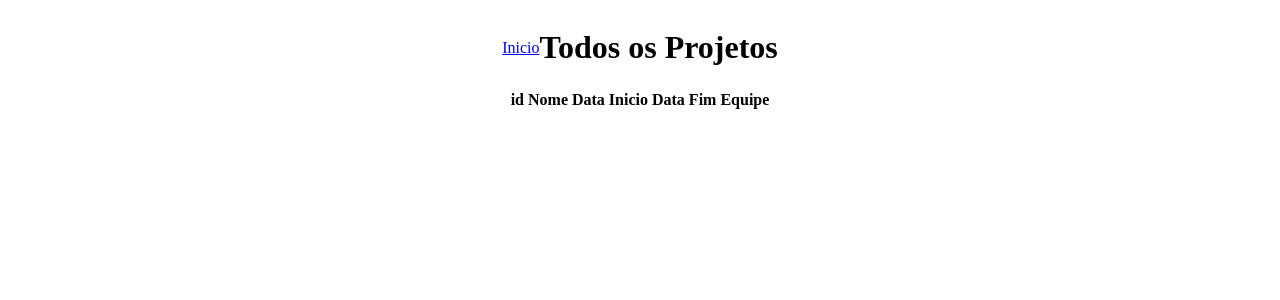
Repository: OmagnetFirel/basico-javaweb
Page: http://localhost/DEVManager/ListarTodosProjetos?np=/read/listarProjetos.jsp
An editor plug-in stored every save of this project. The page is shown before and after the next save, followed by the edit.
The browser window is 1280 px wide. The pictures show the whole page.
The page is served by Tomcat 9. Other server files are loaded and not shown. Queries for data that is not in the repository find no rows.

Above is the page before, as saved 2023-04-23 17:58:58.

### DEVManager/src/main/webapp/read/listarProjetos.jsp
<%@ page language="java" contentType="text/html; charset=ISO-8859-1"
    pageEncoding="ISO-8859-1"%>
    <%@ taglib uri="http://java.sun.com/jsp/jstl/core" prefix="c" %>
<!DOCTYPE html>
<html>
<head>
<meta charset="ISO-8859-1">
<title>DM - Todos os projetos</title>
</head>
<body  style="display:flex; justify-content:center; align-items:center; flex-direction:column;">
	<div style="display:flex; justify-content:center; align-items:center;">
		<a href="/index.html">Inicio</a>
		<h1>Todos os Projetos</h1>
	</div>

	<table style="flex:1">
		<tr>
			<th>id</th>
			<th>Nome</th>
			<th>Data Inicio</th>
			<th>Data Fim</th>
			<th>Equipe</th>
		</tr>

		<c:forEach var="projeto" items="${projetos}">
			<tr>
				<td>
					${projeto.id}
				</td>
				<td>
					${projeto.nome}
				</td>
				<td>
					${projeto.dataInicio}
				</td>
				<td>
					${projeto.dataFim}
				</td>
				<td>
					${projeto.equipe.nome}
				</td>
			</tr>
		</c:forEach>


	</table>
</body>
</html>

### DEVManager/src/main/java/br/devmanager/controller/ListarTodosProjetos.java
package br.devmanager.controller;

import java.io.IOException;
import java.sql.SQLException;
import java.util.List;

import javax.servlet.RequestDispatcher;
import javax.servlet.ServletException;
import javax.servlet.annotation.WebServlet;
import javax.servlet.http.HttpServlet;
import javax.servlet.http.HttpServletRequest;
import javax.servlet.http.HttpServletResponse;

import br.devmanager.dao.ProjetoDao;
import br.devmanager.model.Projeto;


@WebServlet("/ListarTodosProjetos")
public class ListarTodosProjetos extends HttpServlet {
	private static final long serialVersionUID = 1L;

    public ListarTodosProjetos() {
        super();
    }


	protected void doGet(HttpServletRequest request, HttpServletResponse response) throws ServletException, IOException {
		ProjetoDao pjDAO = new ProjetoDao();
		List<Projeto> projetos = null;
		try {
			projetos = pjDAO.buscarTodos();
		} catch (SQLException e) {
			e.printStackTrace();
		}

		String np = request.getParameter("np");
		request.setAttribute("projetos", projetos);
		RequestDispatcher rd = request.getRequestDispatcher(np);
		rd.forward(request, response);
	}


	protected void doPost(HttpServletRequest request, HttpServletResponse response) throws ServletException, IOException {
		doGet(request, response);
	}

}

### DEVManager/src/main/java/br/devmanager/dao/ProjetoDao.java
package br.devmanager.dao;
import java.util.List;
import java.util.ArrayList;
import java.sql.Connection;
import java.sql.PreparedStatement;
import java.sql.ResultSet;
import java.sql.SQLException;

import br.devmanager.model.Projeto;

public class ProjetoDao {
	private Connection con = null;

	public ProjetoDao() {
		con = ConnectionFactory.getConnection();
	}

	public void adicionar(Projeto projeto) throws SQLException {
		String sql = "insert into projeto(nome, data_inicio, data_fim, equipe_id) values (?,?,?,?)";
		PreparedStatement stmt = con.prepareStatement(sql);

		java.sql.Date data_inicio_Convertida = null;
		try {
			data_inicio_Convertida = new java.sql.Date(projeto.getDataInicio().getTime());
		}catch (Exception e) {
			// TODO: handle exception
		}

		java.sql.Date data_fim_Convertida = null;
		try {
			data_fim_Convertida = new java.sql.Date(projeto.getDataFim().getTime());
		}catch (Exception e) {
			// TODO: handle exception
		}
		stmt.setString(1, projeto.getNome());
		stmt.setDate(2, data_inicio_Convertida);
		stmt.setDate(3, data_fim_Convertida);
		stmt.setInt(4, projeto.getEquipe().getId());

		stmt.execute();
		stmt.close();
		con.close();
	}

	public Projeto buscarUm(int id) throws SQLException{

		String sql = "select id, nome, data_inicio, data_fim, equipe_id from projeto where id=?";
		PreparedStatement stmt = con.prepareStatement(sql);
		stmt.setInt(1, id);
		ResultSet rs = stmt.executeQuery();

		Projeto projeto = null;

		if(rs.next()) {
			try {
				EquipeDao equipeDao = new EquipeDao();


				projeto = new Projeto(
						rs.getInt("id"),
						rs.getString("nome"),
						rs.getDate("data_inicio"),
						rs.getDate("data_fim"),
						equipeDao.buscarUm(rs.getInt("equipeId"))
						);
			}catch (Exception e) {
				System.out.println("Error: " + e);
			}
		} else {
			System.out.println("Não foi encontrado nem um proje com o id: " + id);
		}
		stmt.close();
		con.close();

		return projeto;

	}

	public List<Projeto> buscarTodos() throws SQLException {
		String sql = "select id, nome, data_inicio, data_fim, equipe_id from projeto";
		PreparedStatement stmt = con.prepareStatement(sql);
		ResultSet rs = stmt.executeQuery();

		List<Projeto> projetos = new ArrayList<Projeto>();
		while(rs.next()) {
			EquipeDao equipeDao = new EquipeDao();

			Projeto projeto = new Projeto(
					rs.getInt("id"),
					rs.getString("nome"),
					rs.getDate("data_inicio"),
					rs.getDate("data_fim"),
					equipeDao.buscarUm(rs.getInt("equipe_id"))
					);

			projetos.add(projeto);
		}

		return projetos;
	}
}

### DEVManager/src/main/java/br/devmanager/dao/ConnectionFactory.java
package br.devmanager.dao;

import java.sql.Connection;
import java.sql.DriverManager;
import java.sql.SQLException;

public class ConnectionFactory {

	public static Connection getConnection() {

		try {
			Class.forName("com.mysql.cj.jdbc.Driver");
		} catch (ClassNotFoundException e1) {
			// TODO Auto-generated catch block
			e1.printStackTrace();
		}


		try {
			return DriverManager.getConnection("jdbc:mysql://localhost:3306/db_star"
					,"root",
					"");
		} catch (SQLException e) {
			System.out.println("trolei aqui");
			e.printStackTrace();
		}
		return null;
	}
}

After the next save:
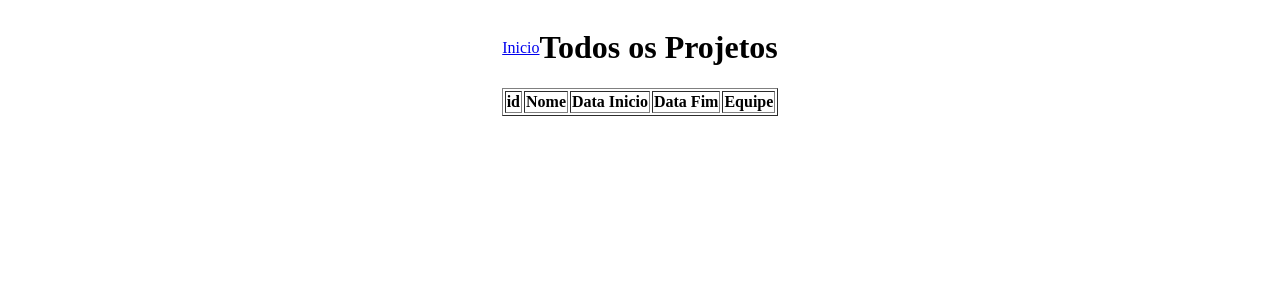
Saved 14 s later.
--- a/DEVManager/src/main/webapp/read/listarProjetos.jsp
+++ b/DEVManager/src/main/webapp/read/listarProjetos.jsp
@@ -13,7 +13,7 @@
 		<h1>Todos os Projetos</h1>
 	</div>
 
-	<table style="flex:1">
+	<table border="1" style="flex:1">
 		<tr>
 			<th>id</th>
 			<th>Nome</th>
